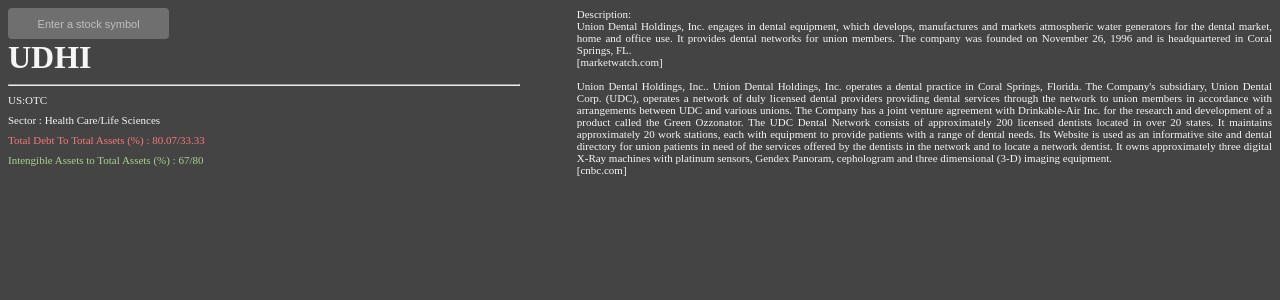
Repository: hadi4172/halal-stock-scanner
Page: popup.html
An editor plug-in stored every save of this project. The page is shown before and after the next save, followed by the edit.
The browser window is 1280 px wide. The pictures show the whole page.

Above is the page before, as saved 2020-09-24 19:42:01.

After the next save:
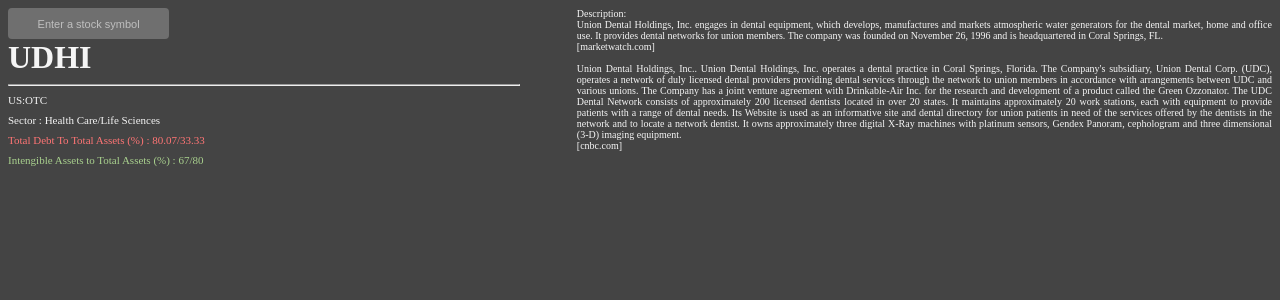
Saved 6 min 49 s later.
--- a/popup.css
+++ b/popup.css
@@ -33,7 +33,7 @@
 }
 
 #description{
-    font-size: 11px;
+    font-size: 10px;
     text-align:justify;
 }
 

After the save that followed:
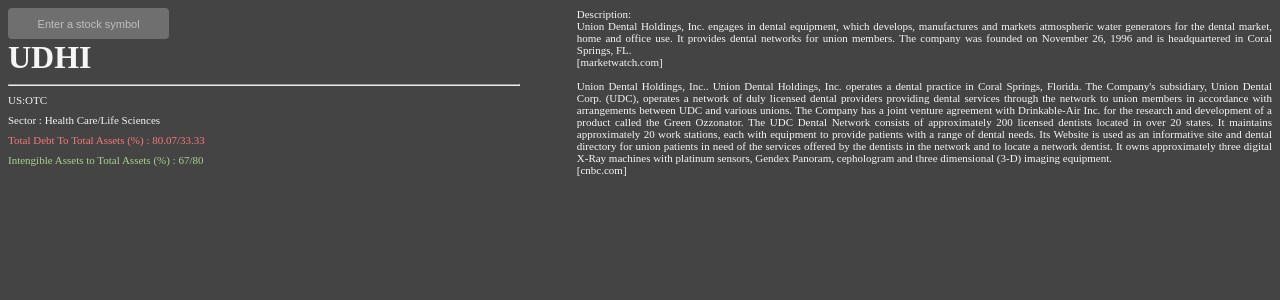
Saved 17 s later.
--- a/popup.css
+++ b/popup.css
@@ -33,7 +33,7 @@
 }
 
 #description{
-    font-size: 10px;
+    font-size: 11px;
     text-align:justify;
 }
 
